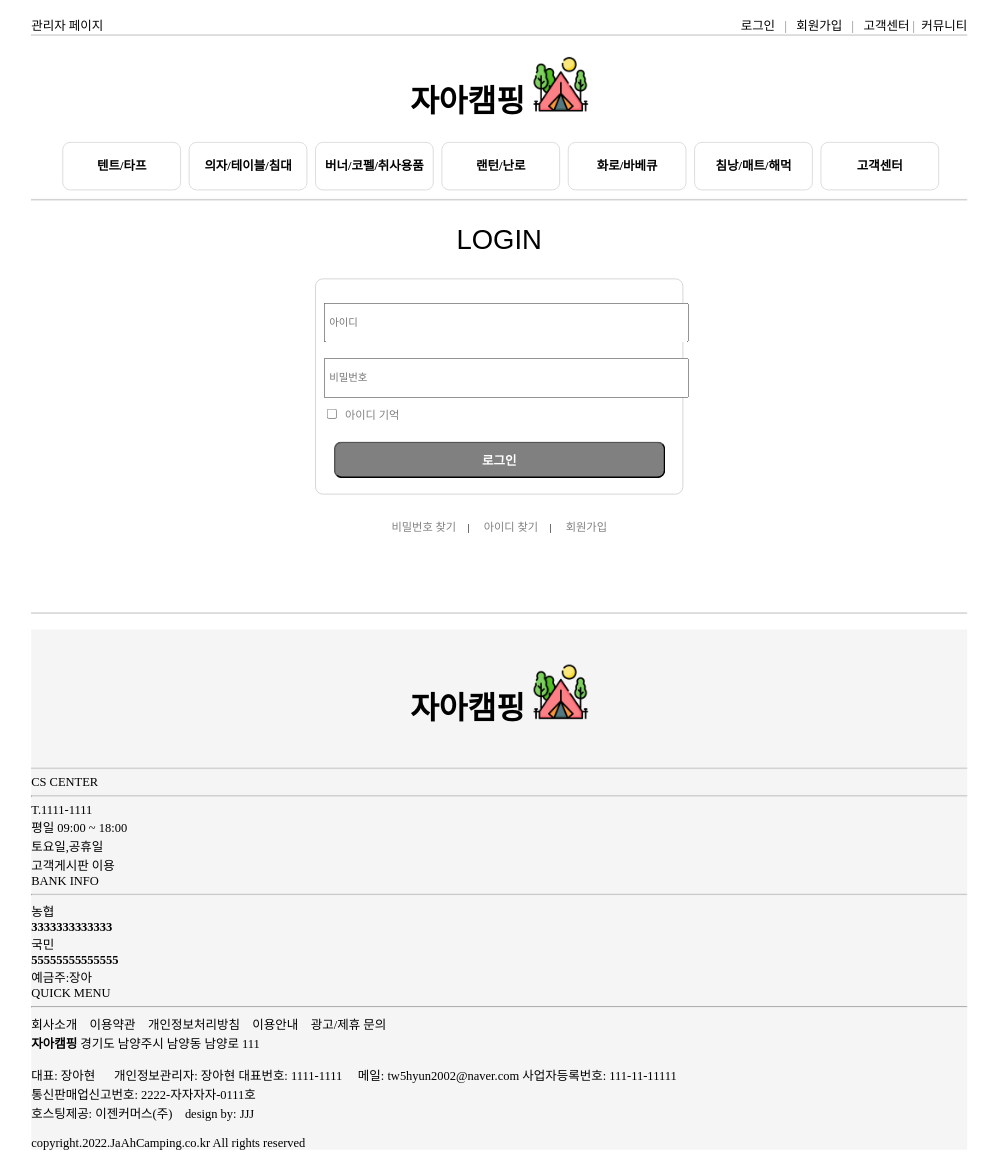
Repository: JJang-Ah/JSP-shoping-mall-project
Page: http://localhost/JaAhCamping/logon/memberLoginForm.jsp
An editor plug-in stored every save of this project. The page is shown before and after the next save, followed by the edit.
The browser window is 1280 px wide. The pictures show the whole page, at 78% of full size.
Some web fonts or font styles are not loaded; a fallback is used. The page is served by Tomcat 9.

Above is the page before, as saved 2022-06-12 14:02:17.

After the next save:
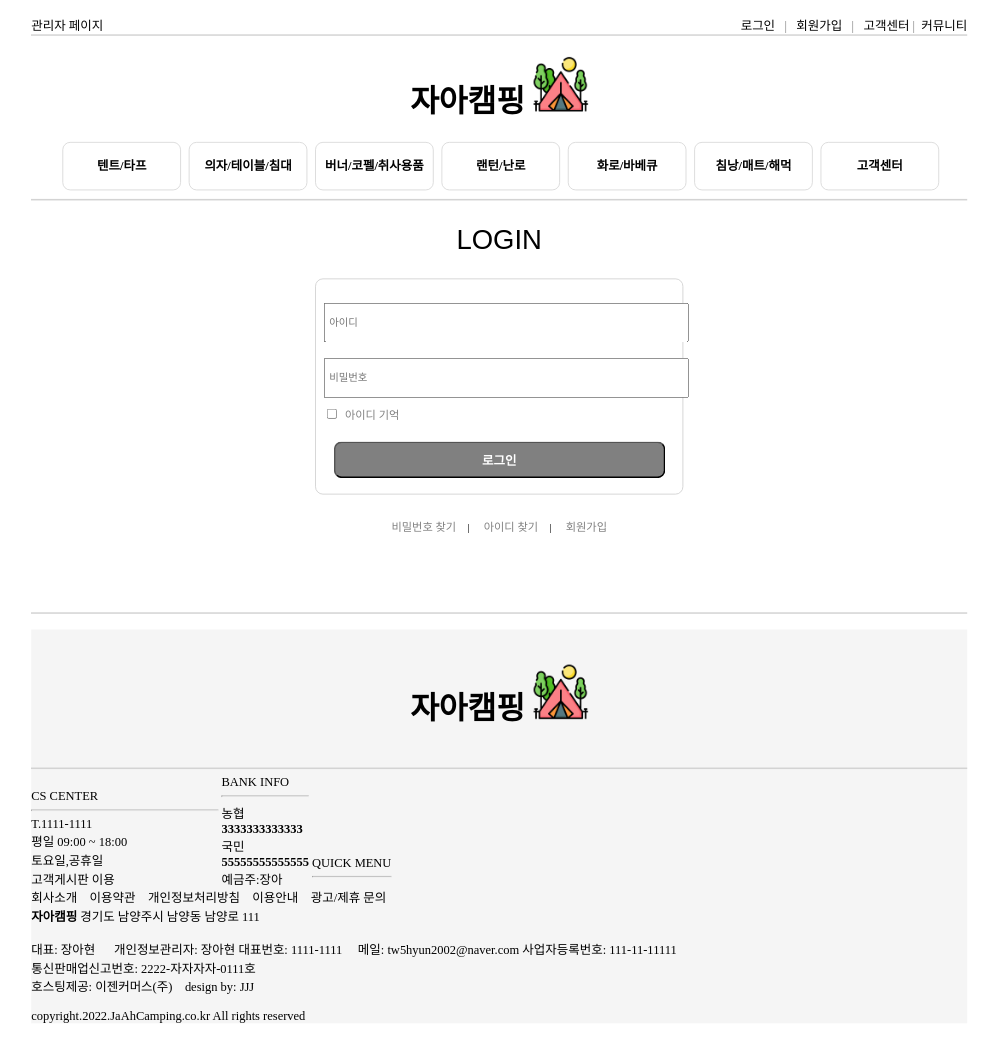
Saved 62 s later.
--- a/JaAhCamping/WebContent/mall/shopBottom.jsp
+++ b/JaAhCamping/WebContent/mall/shopBottom.jsp
@@ -9,6 +9,13 @@
 #container_bottom {  width: 100%; background: #f5f5f5;}
 
 .b_line { border: 1px solid lightgray; margin-top: 50px;}
+
+.b_box1 { display: inline-block; width: 20%;}
+.b_box2 { display: inline-block;}
+.b_box3 { display: inline-block;}
+.b_box4 { display: inline-block;}
+
+
 </style>
 </head>
 <body>
@@ -16,7 +23,6 @@
 	<br>
 	<h1 class="title"><a href="http://localhost:8088/JaAhCamping/mall/shopAll.jsp">자아캠핑&nbsp;<img alt="camping" src="/JaAhCamping/icons/camping.png" id="camping"></a></h1>
 	<hr class="b_line">
-	<div class="b_boxes">
 	<div class="b_box1">
 		<span>CS CENTER</span>
 		<hr>
@@ -59,7 +65,6 @@
 	</div>
 
 
-
 </div>
 </body>
 </html>
